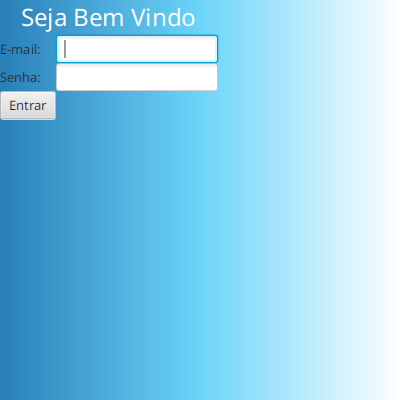
Repository: AlanVidalll/Curso-Java-Completo
Program's window: java exercicios-javafx/src/fxmll/AppFXML.java
The author's editor kept a copy of each file at every save. The program's window is drawn from the files as they stood at one save, then again after the next save.
It runs on Java 21 on a 1366 x 768 screen with JavaFX 11; the title bar is not drawn.

Above is the program's window before, as saved 2020-04-12 13:05:53.

### exercicios-javafx/src/fxmll/AppFXML.java
package fxmll;

import java.net.URL;

import javafx.application.Application;
import javafx.fxml.FXMLLoader;
import javafx.scene.Scene;
import javafx.scene.layout.GridPane;
import javafx.stage.Stage;

public class AppFXML extends Application{

	@Override
	public void start(Stage primaryStage) throws Exception {
		String arquivoCSS = getClass().getResource("/fxmll/Login.css").toExternalForm();
		URL arquivoFXML = getClass().getResource("/fxmll/Login.fxml");
        GridPane rais = FXMLLoader.load(arquivoFXML);

		Scene cena = new Scene(rais,400,400);
		cena.getStylesheets().add(arquivoCSS);

		primaryStage.setResizable(false);
		primaryStage.setTitle("Tela de Login");
		primaryStage.setScene(cena);
		primaryStage.show();
	}

	public static void main(String[] args) {
		launch(args);
	}

}

### exercicios-javafx/src/fxmll/LoginControlador.java
package fxmll;

import javafx.fxml.FXML;
import javafx.scene.control.PasswordField;
import javafx.scene.control.TextField;

public class LoginControlador {


	@FXML
	private TextField campoEmail;
	@FXML
	private PasswordField campoSenha;

	public void entrar() {
		boolean emailValido = campoEmail.getText().equals("alanvidal@gmail.com");
		boolean senhaValida = campoSenha.getText().equals("123456");


		if(emailValido && senhaValida) {

			System.out.println("Sucesso");
		}else {

			System.out.println("Invalido");
		}
}
}

### exercicios-javafx/src/fxmll/Login.fxml
<?xml version="1.0" encoding="UTF-8"?>

<?import javafx.scene.layout.*?>
<?import javafx.scene.control.*?>

<GridPane xmlns:fx="http://javafx.com/fxml/1"
fx:controller="fxmll.LoginControlador"
styleClass="login">

<Label text="Seja Bem Vindo"
styleClass="login-titulo"
		GridPane.columnIndex="0" GridPane.rowIndex="0"
		 GridPane.columnSpan="2" GridPane.halignment= "CENTER">
		 </Label>

	<Label text="E-mail:"
		GridPane.columnIndex="0" GridPane.rowIndex="1"></Label>
		<TextField fx:id="campoEmail"
		GridPane.columnIndex="1" GridPane.rowIndex="1"></TextField>

	<Label text="Senha:"
		GridPane.columnIndex="0" GridPane.rowIndex="2"></Label>
	<PasswordField fx:id="campoSenha"
		GridPane.columnIndex="1" GridPane.rowIndex="2"></PasswordField>

	<Button text="Entrar"
	GridPane.columnIndex="0" GridPane.rowIndex="3"
	onAction="#entrar">
	</Button>
</GridPane>

### exercicios-javafx/src/fxmll/Login.css
.login{

	-fx-background-color: linear-gradient(to right, rgb(41, 128, 185), rgb(109, 213, 250), rgb(255, 255, 255));
}
.login-titulo{

	-fx-font-size: 24px;
	-fx-text-fill: #FFF;


}
.login-form-label{

	-fx-font-size: 16px;
	-fx-text-fill: #FFF;
}
.login-form-botao{

	-fx-font-size: 16px;

}

After the next save:
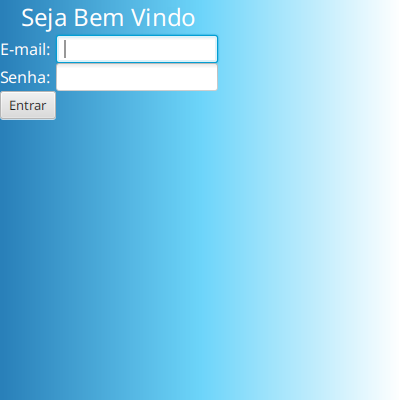
Saved 50 s later.
--- a/exercicios-javafx/src/fxmll/Login.fxml
+++ b/exercicios-javafx/src/fxmll/Login.fxml
@@ -14,11 +14,13 @@
 		 </Label>
 
 	<Label text="E-mail:"
+	styleClass="login-form-label"
 		GridPane.columnIndex="0" GridPane.rowIndex="1"></Label>
 		<TextField fx:id="campoEmail"
 		GridPane.columnIndex="1" GridPane.rowIndex="1"></TextField>
 
 	<Label text="Senha:"
+	styleClass="login-form-label"
 		GridPane.columnIndex="0" GridPane.rowIndex="2"></Label>
 	<PasswordField fx:id="campoSenha"
 		GridPane.columnIndex="1" GridPane.rowIndex="2"></PasswordField>
